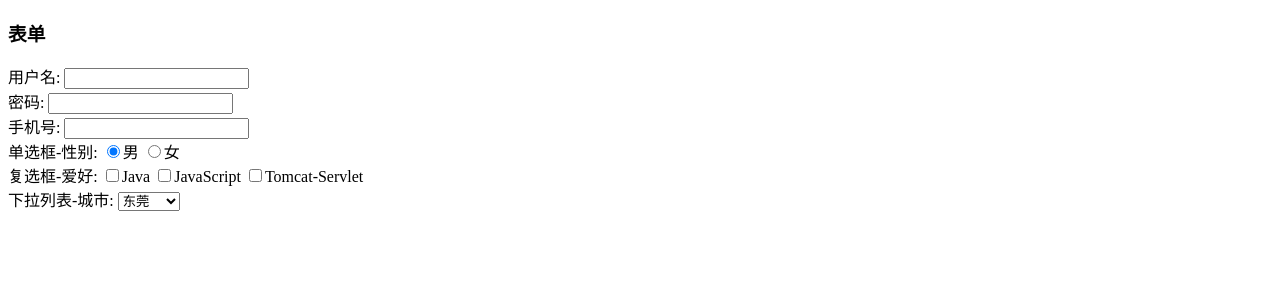
Repository: qyl1006/JavaApps
Page: workspace/web-01-html/WebContent/task02/input2.html
An editor plug-in stored every save of this project. The page is shown before and after the next save, followed by the edit.
The browser window is 1280 px wide. The pictures show the whole page.

Above is the page before, as saved 2018-03-02 07:23:42.

After the next save:
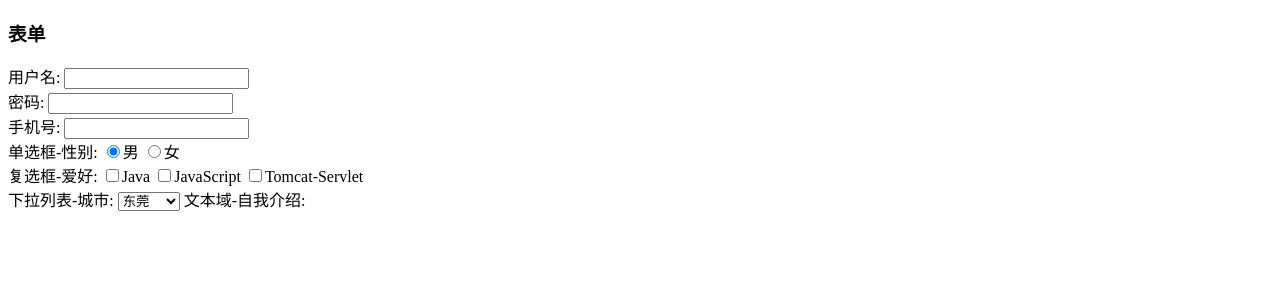
Saved 22 s later.
--- a/workspace/web-01-html/WebContent/task02/input2.html
+++ b/workspace/web-01-html/WebContent/task02/input2.html
@@ -24,7 +24,7 @@
 						<option value="3">深圳</option>
 					</select>
 
-
+		文本域-自我介绍:
 	</form>
 </body>
 </html>
